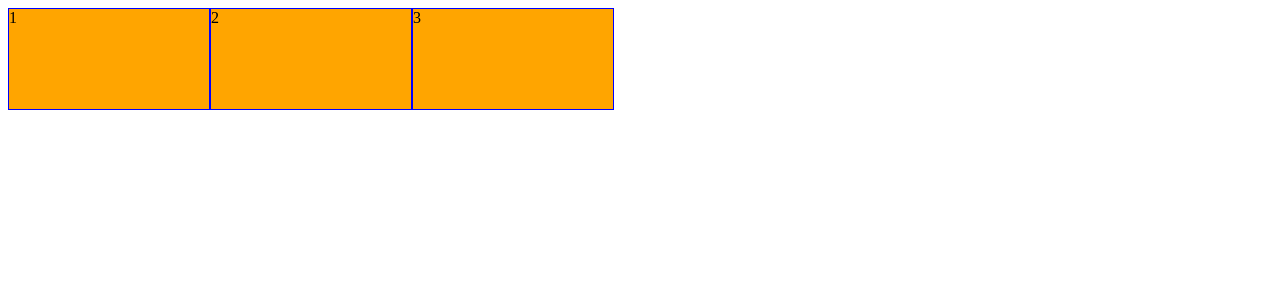
Repository: lopanghub/git_study
Page: http://localhost/JSPClassCh06/flex_layout01.jsp
These files come from the project's save history. The page is drawn as it stood at one moment and after the next save; the edit follows.
The browser window is 1280 px wide. The pictures show the whole page.
The page is served by Tomcat 9.

Above is the page before, as saved 2024-04-09 01:19:15.

After the next save:
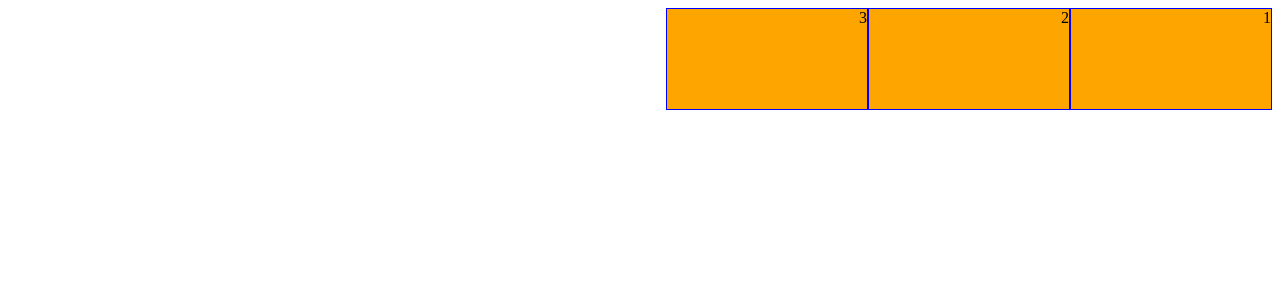
Saved 87 s later.
--- a/JSPStudy/JSPClassCh06/src/main/webapp/flex_layout01.jsp
+++ b/JSPStudy/JSPClassCh06/src/main/webapp/flex_layout01.jsp
@@ -8,6 +8,7 @@
 <style>
 	#box{
 		display:flex;
+		direction:rtl;
 	}
 	.item{
 
